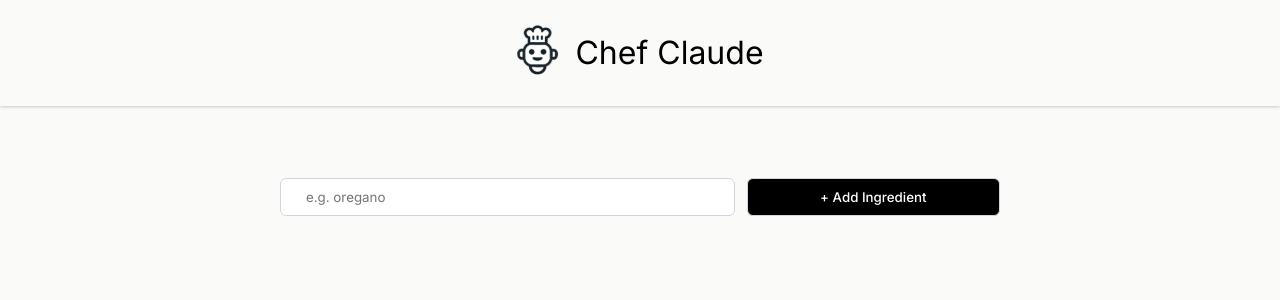
Repository: AchrafAzzaoui/Chef_Claude--React_Course_Scrimba_Project
Page: / (app in project/)
An editor plug-in stored every save of this project. The page is shown before and after the next save, followed by the edit.
The browser window is 1280 px wide. The pictures show the whole page.
The project was rebuilt for these pictures with package versions that can differ from the ones it lists, and the page was loaded fresh each time. Also part of the build but not shown: project/vite.config.js.

Above is the page before, as saved 2024-12-01 18:15:04.

After the next save:
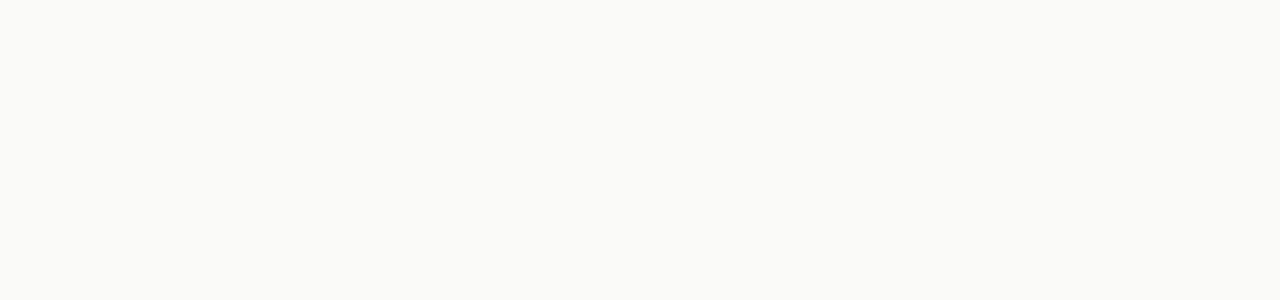
Console error: ReferenceError: ingredientsHTML is not defined
Saved 75 s later.
--- a/project/src/components/Main.jsx
+++ b/project/src/components/Main.jsx
@@ -9,9 +9,14 @@
     setIngredients((prevIngredients) => [...prevIngredients, ingredient]);
   }
 
+  ingredientsHTML = ingredients.map((ingredient) => {
+    return <li>{ingredient}</li>;
+  });
+
   return (
     <main className="main-container">
       <Form addIngredient={addIngredient} />
+      <ul>{ingredientsHTML}</ul>
     </main>
   );
 }

After the 3 saves that followed:
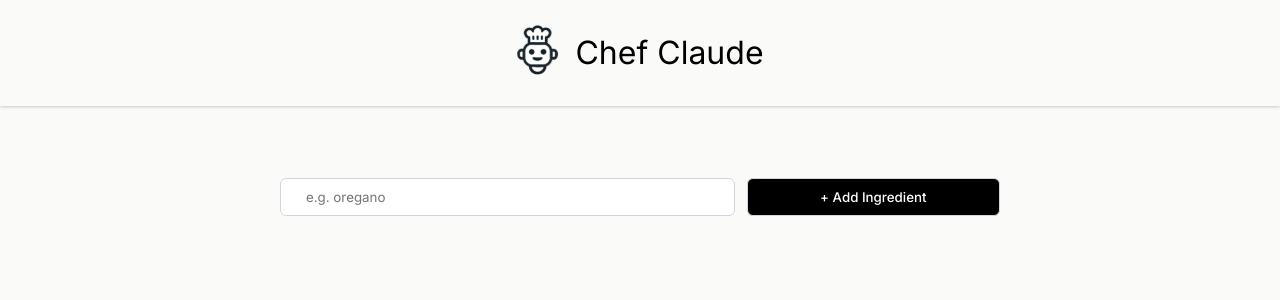
The error is gone.
The 3 saves are shown as one change because 2 left the picture as it was.
The last was saved 9 min 41 s later.
--- a/project/src/components/Main.jsx
+++ b/project/src/components/Main.jsx
@@ -9,8 +9,12 @@
     setIngredients((prevIngredients) => [...prevIngredients, ingredient]);
   }
 
-  ingredientsHTML = ingredients.map((ingredient) => {
-    return <li>{ingredient}</li>;
+  let ingredientsHTML = ingredients.map((ingredient, index) => {
+    return (
+      <li>
+        {index}: {ingredient}
+      </li>
+    );
   });
 
   return (
--- a/project/src/components/Form.jsx
+++ b/project/src/components/Form.jsx
@@ -1,6 +1,14 @@
 export default function Form(props) {
+  function onAddIngredient(event) {
+    event.preventDefault();
+    const input = event.target.querySelector("input");
+    const ingredient = input.value;
+    input.value = "";
+    props.addIngredient(ingredient);
+  }
+
   return (
-    <form className="add-ingredient-form">
+    <form onSubmit={onAddIngredient} className="add-ingredient-form">
       <div className="form-group">
         <input type="text" placeholder="e.g. oregano" />
         <button type="submit">+ Add Ingredient</button>
